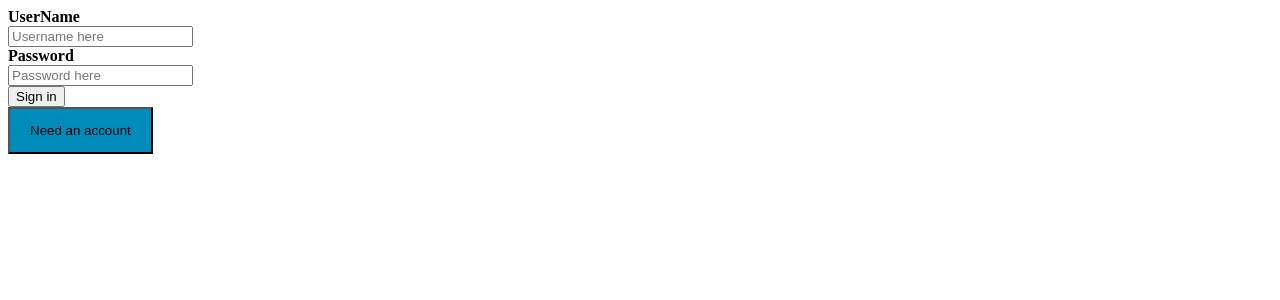
Repository: hamshini/demopro
Page: wippro/Application/WebContent/signin.html
These files come from the project's save history. The page is drawn as it stood at one moment and after the next save; the edit follows.
The browser window is 1280 px wide. The pictures show the whole page.

Above is the page before, as saved 2018-01-06 05:40:32.

### wippro/Application/WebContent/signin.html
<!DOCTYPE html>
<html>
<head>
<meta charset="ISO-8859-1">
<title>Insert title here</title>
</head>
<style>
.needacc {
    padding: 14px 20px;
    background-color: #008CBA;
}
</style>
<body>
<form >
<div class="form-group">
 <label><b>UserName</b></label><br>
    <input type="text" placeholder="Username here"  class="form-control" name="user" required><br>
    <label><b>Password</b></label><br>
    <input type="text" placeholder="Password here"  class="form-control" name="pwd" required><br>
    </div>
     <div class="clearfix">
      <button type="button" class="btn btn-primary">Sign in</button>

      </div>
      <div class="clearfix">
      <button type="button" class="needacc">Need an account</button>

      </div>
    </form>
</body>
</html>

After the next save:
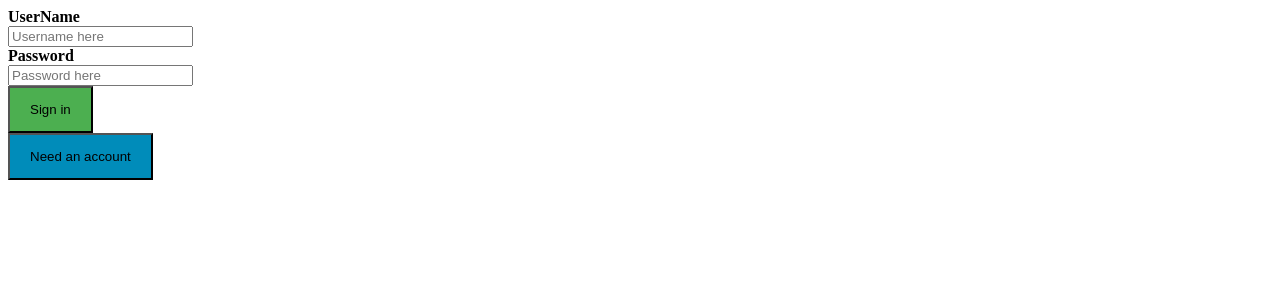
Saved 61 s later.
--- a/wippro/Application/WebContent/signin.html
+++ b/wippro/Application/WebContent/signin.html
@@ -9,6 +9,10 @@
     padding: 14px 20px;
     background-color: #008CBA;
 }
+.signinbtn{
+ padding: 14px 20px;
+    background-color: #4CAF50;
+}
 </style>
 <body>
 <form >
@@ -19,7 +23,7 @@
     <input type="text" placeholder="Password here"  class="form-control" name="pwd" required><br>
     </div>
      <div class="clearfix">
-      <button type="button" class="btn btn-primary">Sign in</button>
+      <button type="button" class="signinbtn">Sign in</button>
 
       </div>
       <div class="clearfix">
